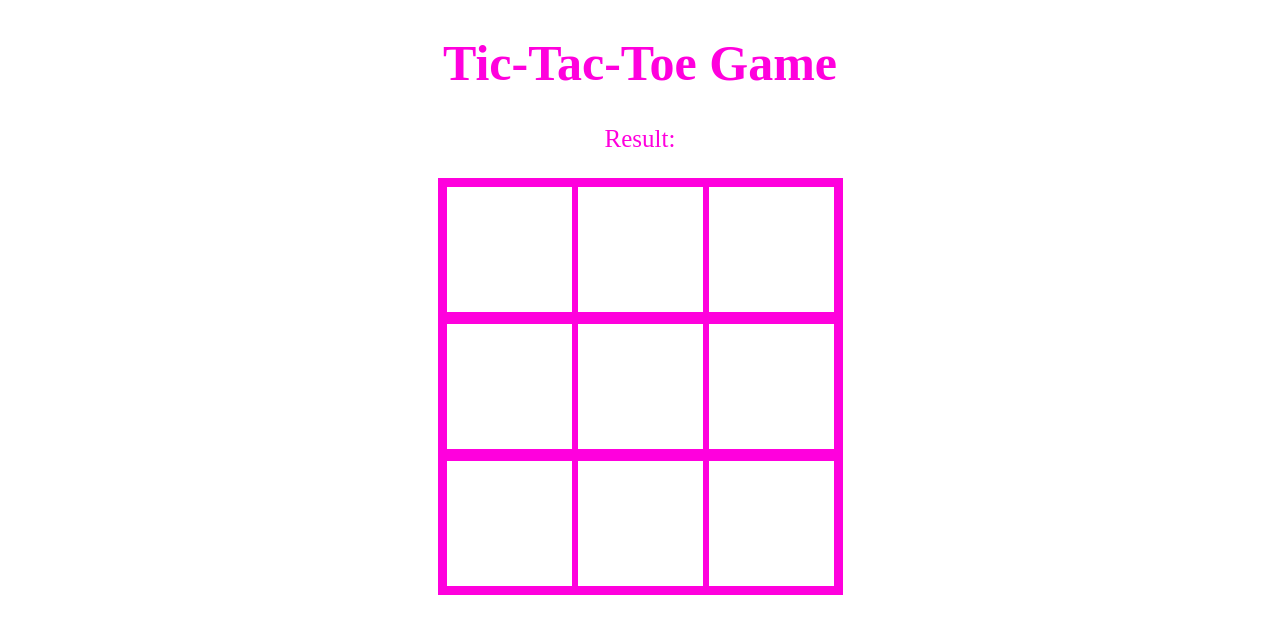
Repository: 0101chaitanya/Tic-Tac-Toe
Page: index.html
These files come from the project's save history. The page is drawn as it stood at one moment and after the next save; the edit follows.
The browser window is 1280 px wide. The pictures show the whole page.

Above is the page before, as saved 2021-06-09 17:48:49.

After the next save:
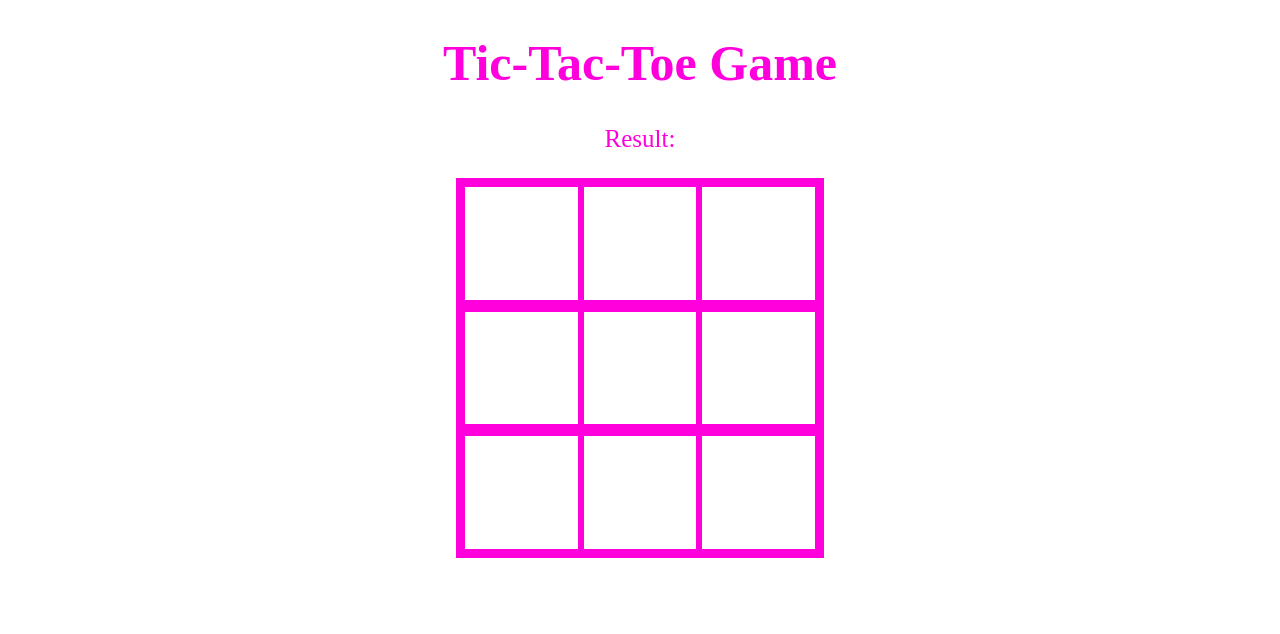
Saved 18 s later.
--- a/styles.css
+++ b/styles.css
@@ -37,7 +37,7 @@
 }
 #gameSquare>div:nth-child(n)>div:nth-child(n){
     border-style: solid;
-    width:5rem;
-    height:5rem;
+    width:4.5rem;
+    height:4.5rem;
 
 }
